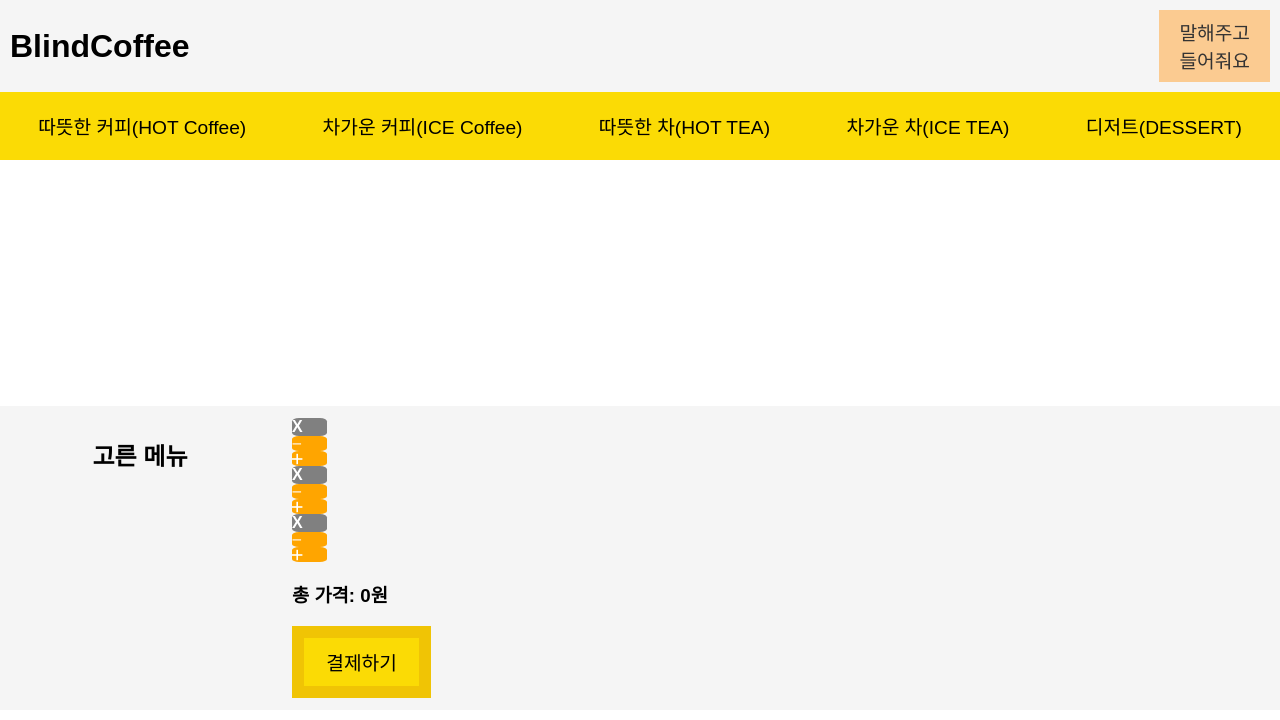
Repository: cokkiboy/Blindkiosk
Page: http://localhost/main
An editor plug-in stored every save of this project. The page is shown before and after the next save, followed by the edit.
The browser window is 1280 px wide. The pictures show the whole page.
After loading, the first visible `#delete_1` was clicked once.
The page is this project's Thymeleaf template; nobody is signed in. The template is opened directly, without the code that normally fills it, so the values that code supplies are empty.

Above is the page before, as saved 2023-05-28 13:27:25.
Console error: ReferenceError: hideCart is not defined

After the next save:
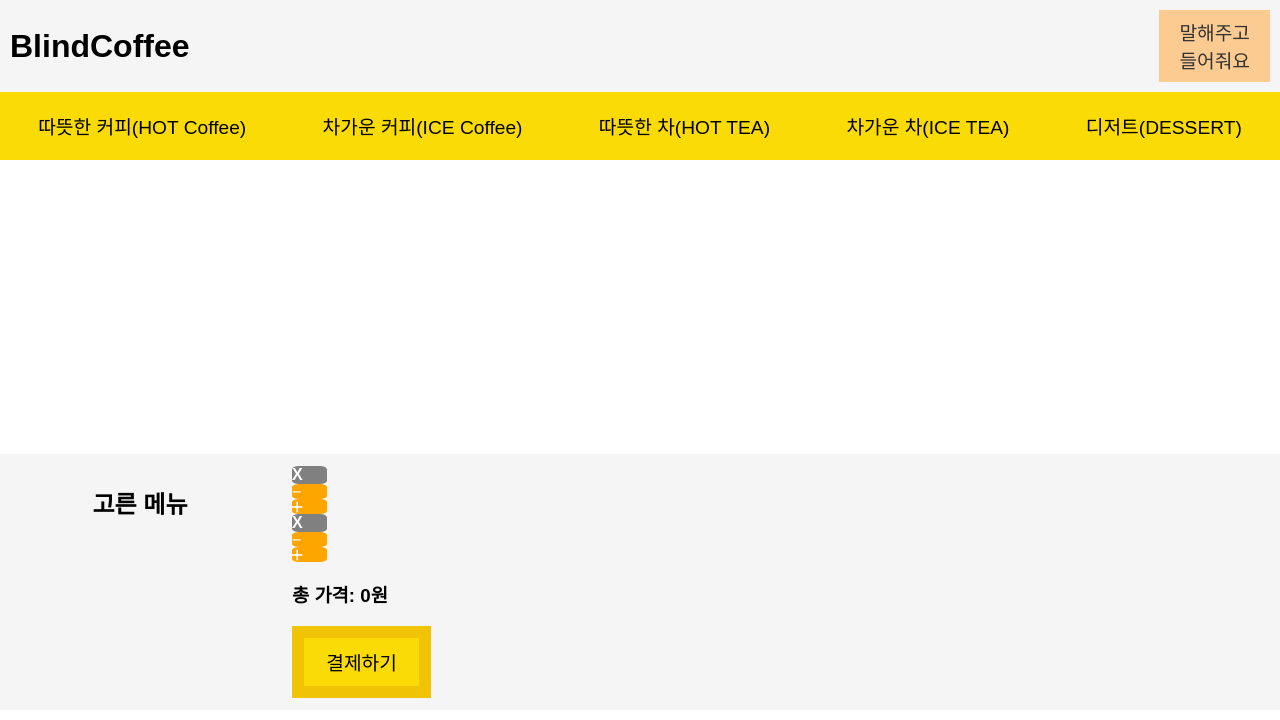
The error is gone.
Saved 2 min 29 s later.
--- a/Blindkiosk/src/main/resources/static/js/main.js
+++ b/Blindkiosk/src/main/resources/static/js/main.js
@@ -1,3 +1,5 @@
+
+
 
 
 // 카테고리 및 메뉴 데이터
@@ -35,9 +37,9 @@ function all_menu_none() {
   document.getElementById("iced-coffee").style.display = 'none';
   document.getElementById("hot-tea").style.display = 'none';
   document.getElementById("iced-tea").style.display = 'none';
-  document.getElementById("dessert").style.display = 'none'
+  document.getElementById("dessert").style.display = 'none';
 }
-
+/**
 window.onload=function(){
   document.getElementById("hot-coffee").style.display = 'none';
   document.getElementById("iced-coffee").style.display = 'none';
@@ -45,7 +47,14 @@ window.onload=function(){
   document.getElementById("iced-tea").style.display = 'none';
   document.getElementById("dessert").style.display = 'none';
 }
-
+*/
+document.addEventListener("DOMContentLoaded", function() {
+  document.getElementById("hot-coffee").style.display = 'none';
+  document.getElementById("iced-coffee").style.display = 'none';
+  document.getElementById("hot-tea").style.display = 'none';
+  document.getElementById("iced-tea").style.display = 'none';
+  document.getElementById("dessert").style.display = 'none';
+});
 // 메뉴 랜더링 로직
 function renderMenu(category) {
   // 이곳에서 스프링 프레임워크로 전달받은 메뉴 데이터에 따라 메뉴를 구성하고 화면에 랜더링합니다.
@@ -124,9 +133,29 @@ function open_order_list(order_list) {
       total_num += order_list[i].number;
       total_price += (order_list[i].price)*(order_list[i].number);
   }
-  document.getElementById("item_number").innerHTML= "_________________________<br>선택한 상품 " + (total_num) + "개";
-  document.getElementById("total_price").innerHTML = (total_price)+"원<br>결제하기";
+  document.getElementById("total_price").innerHTML = "총 가격: " + (total_price)+"원";
   total_list[0] = total_num;
   total_list[1] = total_price;
 
 }
+
+
+function delete_item(index) {
+  order_list = order_list.splice(index, 1);
+  open_order_list(order_list);
+}
+
+
+function hide_order_list() {
+  var list = document.getElementsByClassName("cart");
+  for (i = 0; i < list.length; i++) {
+      list[i].style.display = 'none';
+  }
+}
+
+function hideCart(elem) {
+  let cartElem = elem.closest(".cart");
+  if (cartElem) {
+      cartElem.style.display = "none";
+  }
+}
